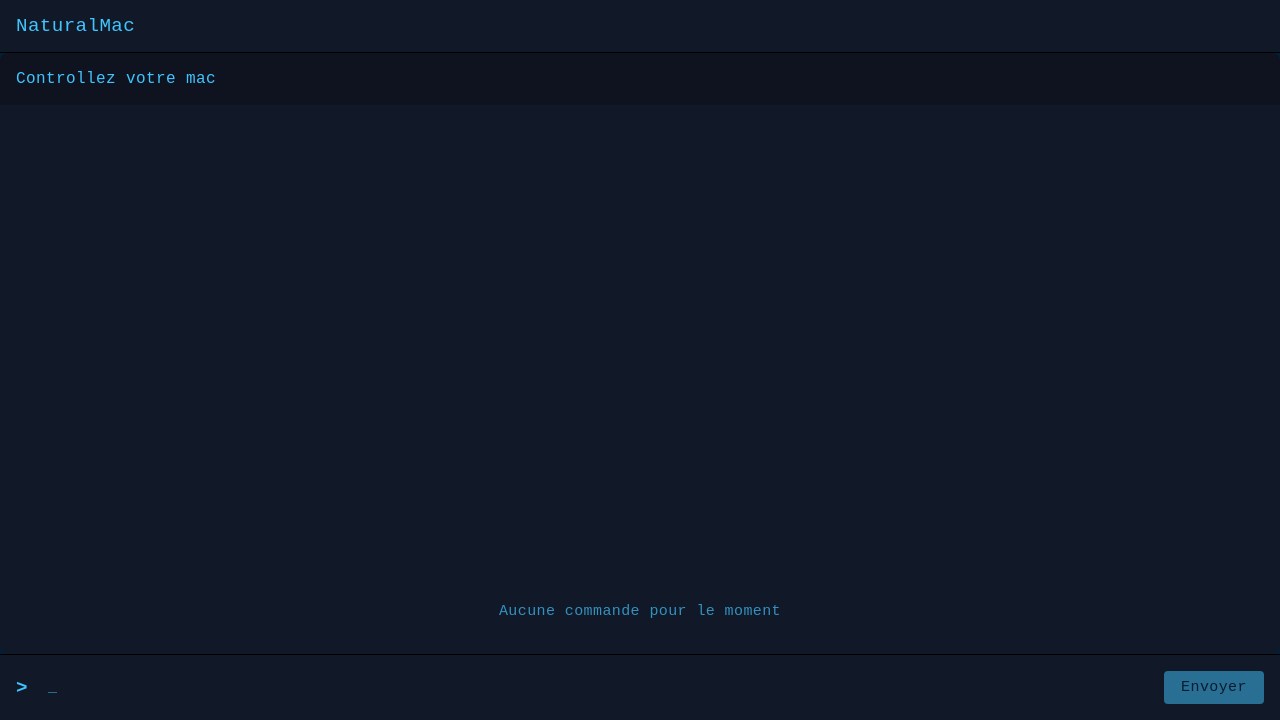
Repository: flobutbut/NaturalMac
Page: /
These files come from the project's save history. The page is drawn as it stood at one moment and after the next save; the edit follows.
The browser window is 1280 px wide. The pictures show the whole page.
The page's requests for data from a server got no answer. The project was rebuilt for these pictures with package versions that can differ from the ones it lists, and the page was loaded fresh each time. No one was signed in, and anything a server would have sent is missing. Also part of the build but not shown: vite.config.ts, src/components/command/CommandItem.vue.

Above is the page before, as saved 2025-03-10 22:26:13.

After the next save:
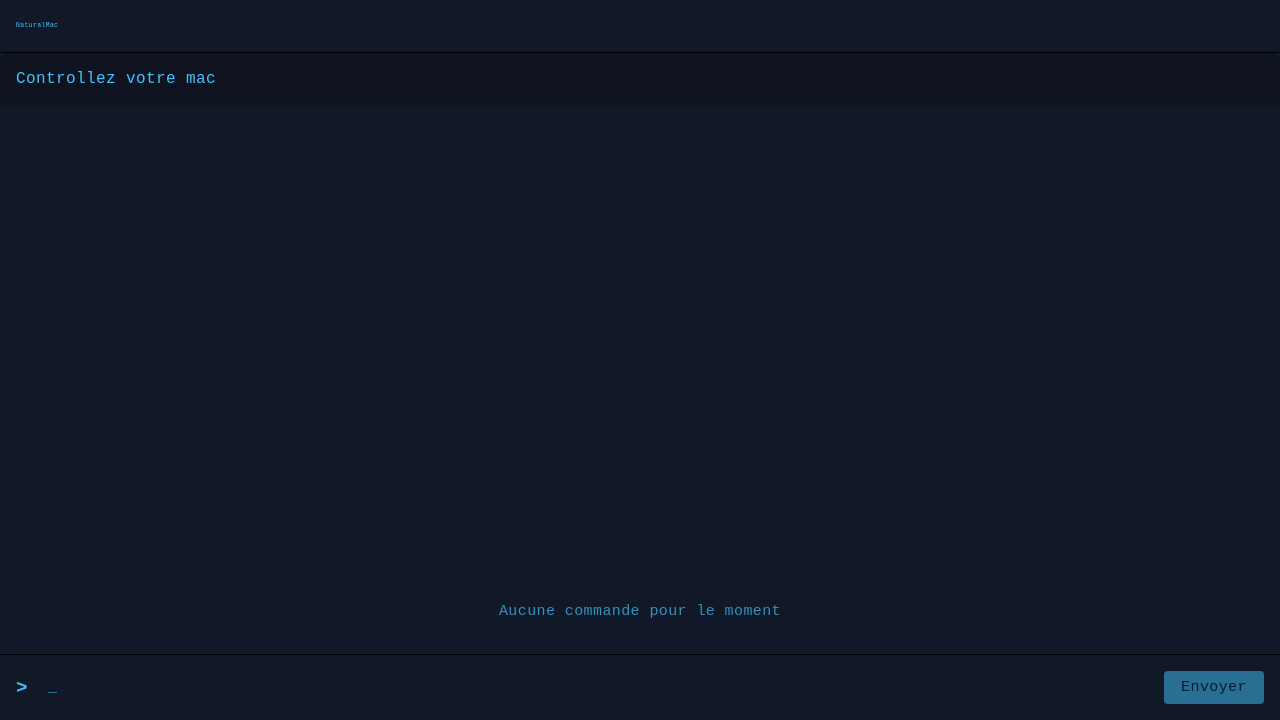
Saved 2 min 13 s later.
--- a/src/App.vue
+++ b/src/App.vue
@@ -35,7 +35,7 @@ import CommandHistory from '@/components/command/CommandHistory.vue'
 
 .app-header h1 {
   margin: 0;
-  font-size: 1.2rem;
+  font-size: 0.4rem;
   font-weight: 500;
   color: var(--text-primary);
 }
